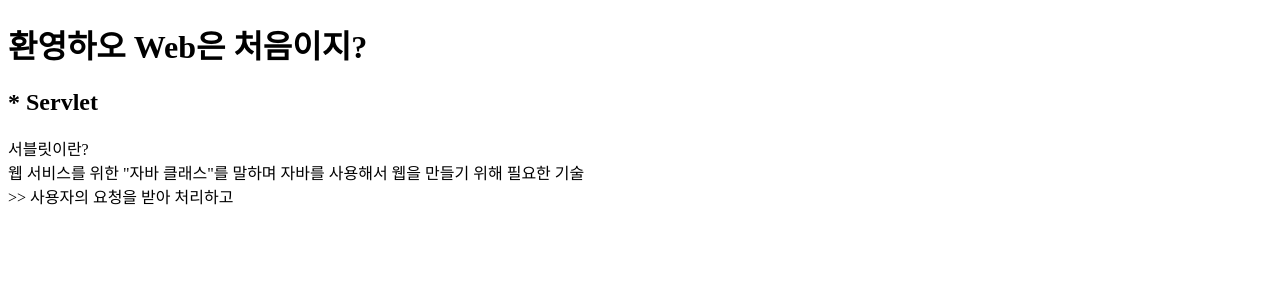
Repository: 1400CP/05_server-workspace1
Page: 1_Servlet/WebContent/index.html
An editor plug-in stored every save of this project. The page is shown before and after the next save, followed by the edit.
The browser window is 1280 px wide. The pictures show the whole page.

Above is the page before, as saved 2025-02-14 01:34:32.

### 1_Servlet/WebContent/index.html
<!DOCTYPE html>
<html>
<head>
<meta charset="UTF-8">
<title>Insert title here</title>
</head>
<body>

	<h1>환영하오 Web은 처음이지?</h1>

	<h2>* Servlet</h2>

	<p>
		서블릿이란? <br>
		웹 서비스를 위한 "자바 클래스"를 말하며 자바를 사용해서 웹을 만들기 위해 필요한 기술 <br>
		>> 사용자의 요청을 받아 처리하고
	</p>

</body>
</html>

After the next save:
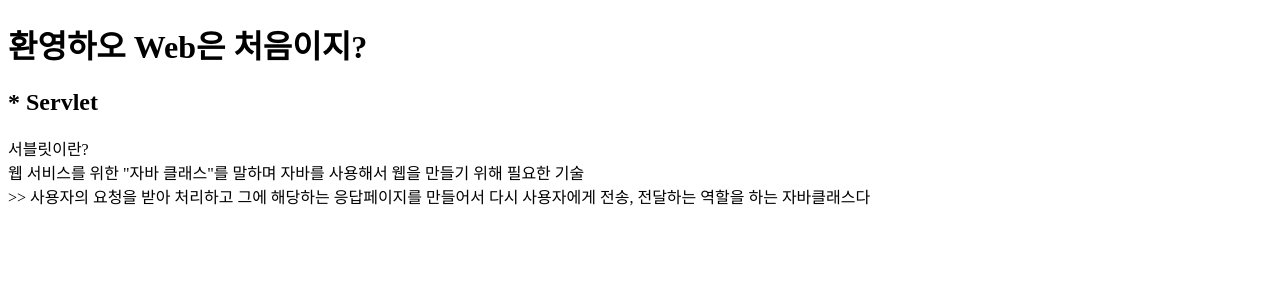
Saved 18 s later.
--- a/1_Servlet/WebContent/index.html
+++ b/1_Servlet/WebContent/index.html
@@ -13,7 +13,7 @@
 	<p>
 		서블릿이란? <br>
 		웹 서비스를 위한 "자바 클래스"를 말하며 자바를 사용해서 웹을 만들기 위해 필요한 기술 <br>
-		>> 사용자의 요청을 받아 처리하고
+		>> 사용자의 요청을 받아 처리하고 그에 해당하는 응답페이지를 만들어서 다시 사용자에게 전송, 전달하는 역할을 하는 자바클래스다
 	</p>
 
 </body>
